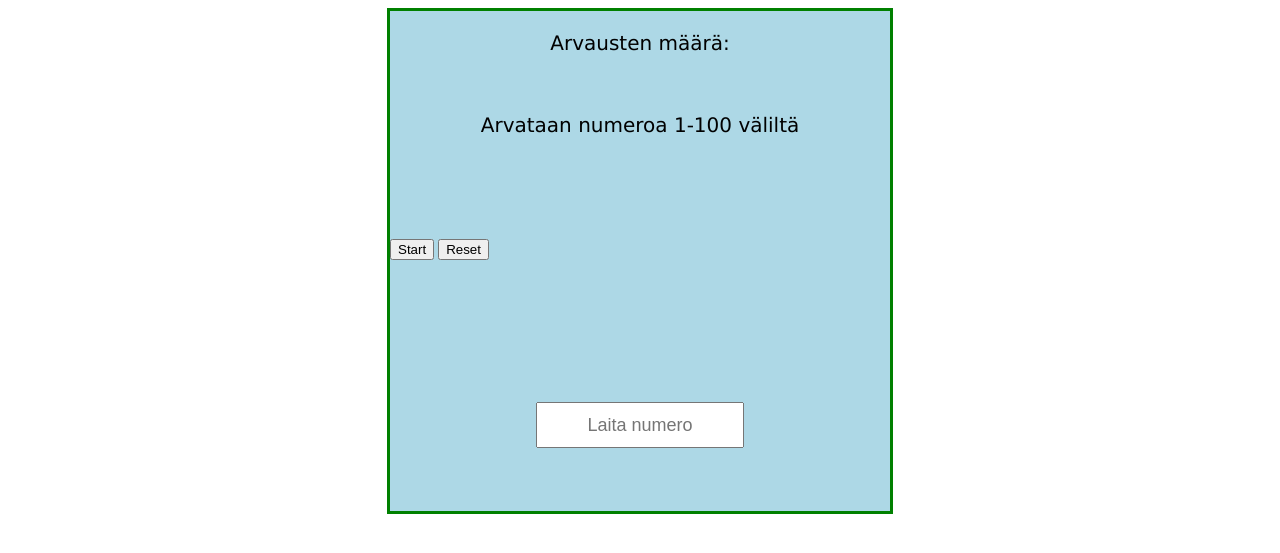
Repository: VadimZubchenko/numeronarvouspeli_JS
Page: public/index.html
An editor plug-in stored every save of this project. The page is shown before and after the next save, followed by the edit.
The browser window is 1280 px wide. The pictures show the whole page.

Above is the page before, as saved 2022-04-26 08:19:09.

After the next save:
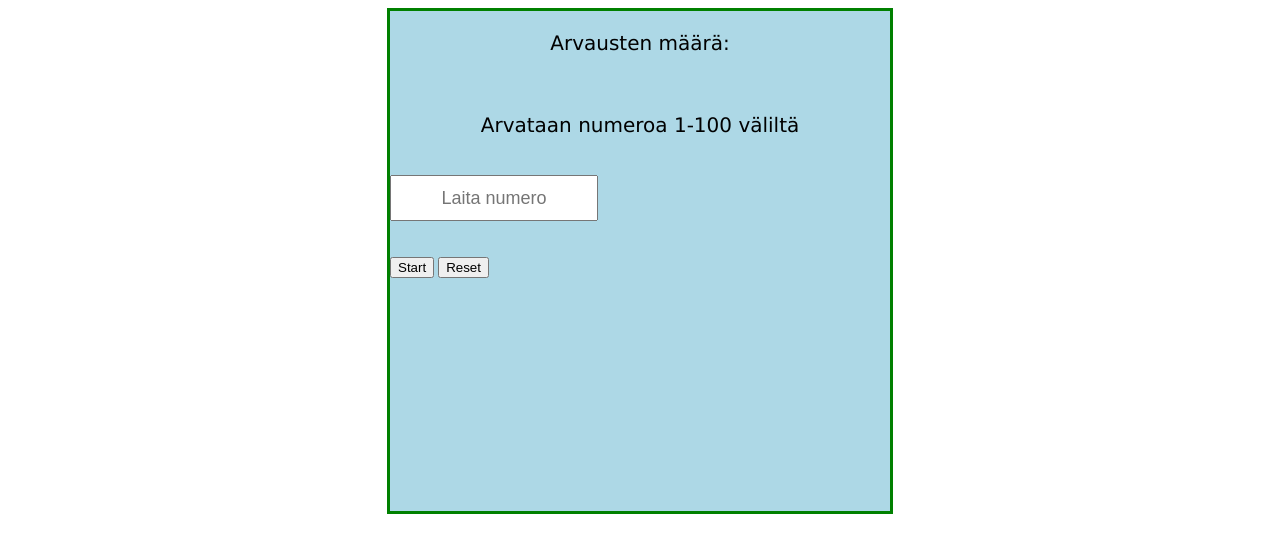
Saved 51 s later.
--- a/public/mystyle.css
+++ b/public/mystyle.css
@@ -15,11 +15,9 @@
   text-align: center;
   font-size:large;
 
-  position:relative;
-  top: 50%;
-  left: 50%;
-  -ms-transform: translate(-50%, -50%);
-  transform: translate(-50%, -50%);
+  display: flex;
+  justify-content: center;
+  align-items: center;
 }
 
 button {

After the save that followed:
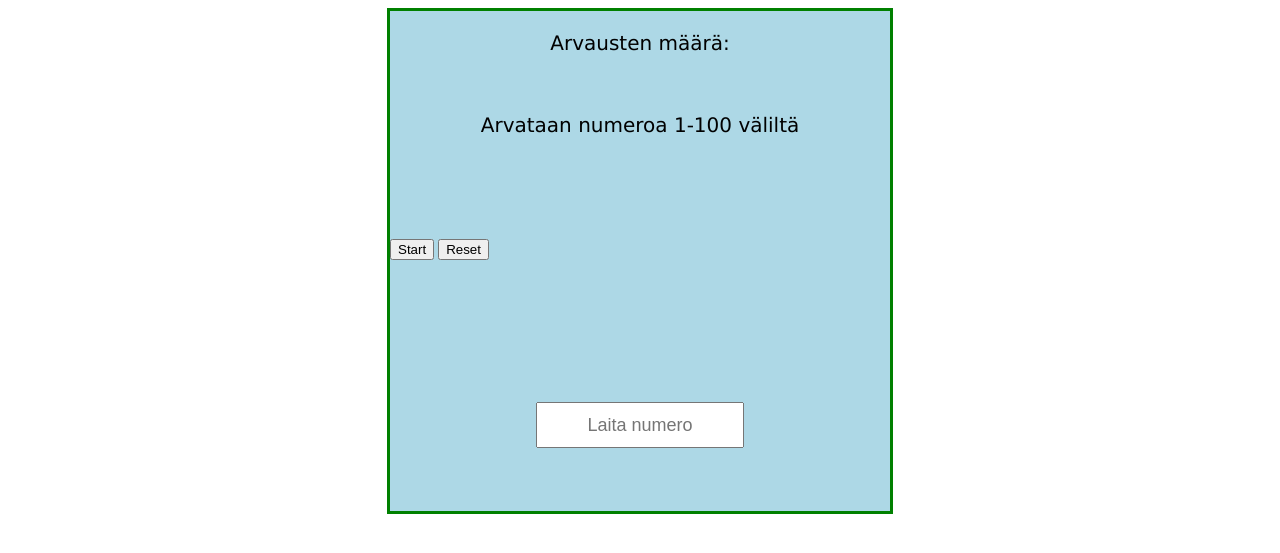
Saved 9 s later.
--- a/public/mystyle.css
+++ b/public/mystyle.css
@@ -15,9 +15,11 @@
   text-align: center;
   font-size:large;
 
-  display: flex;
-  justify-content: center;
-  align-items: center;
+  position:relative;
+  top: 50%;
+  left: 50%;
+  -ms-transform: translate(-50%, -50%);
+  transform: translate(-50%, -50%);
 }
 
 button {
